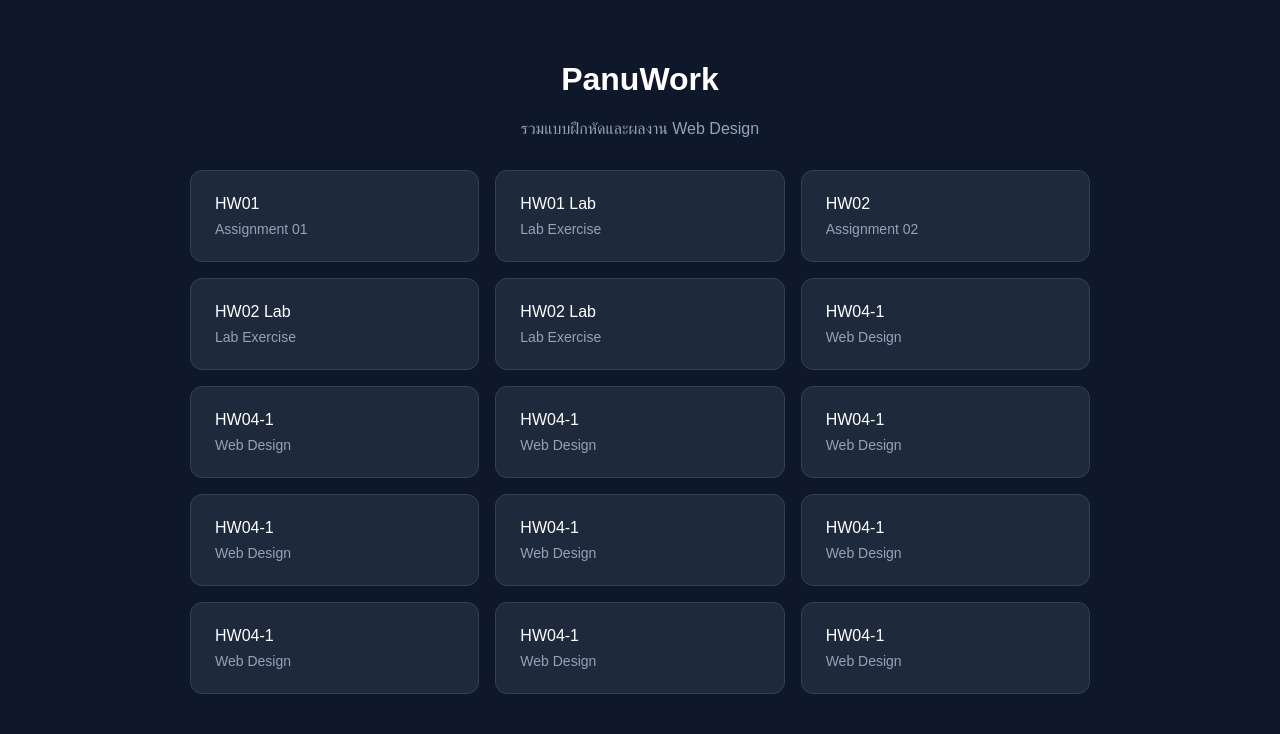
Repository: nuwat-wa/Lab_Ass_WebDesign
Page: index.html
An editor plug-in stored every save of this project. The page is shown before and after the next save, followed by the edit.
The browser window is 1280 px wide. The pictures show the whole page.

Above is the page before, as saved 2026-10-21 00:10:58.

### index.html
<!doctype html>
<html lang="th">
  <head>
    <meta charset="UTF-8" />
    <meta name="viewport" content="width=device-width, initial-scale=1.0" />
    <title>PanuWork | My Assignments</title>
    <style>
      * {
        box-sizing: border-box;
      }

      body {
        margin: 0;
        padding: 40px 20px;
        font-family: Arial, sans-serif;
        color: #e5e7eb;
        background: #0f172a;
      }

      main {
        max-width: 900px;
        margin: auto;
      }

      h1 {
        color: #ffffff;
        text-align: center;
      }

      .description {
        margin-bottom: 32px;
        color: #94a3b8;
        text-align: center;
      }

      .grid {
        display: grid;
        grid-template-columns: repeat(auto-fit, minmax(220px, 1fr));
        gap: 16px;
      }

      a {
        display: block;
        padding: 24px;
        border: 1px solid #334155;
        border-radius: 12px;
        color: #ffffff;
        background: #1e293b;
        text-decoration: none;
        transition: 0.2s;
      }

      a:hover {
        border-color: #60a5fa;
        background: #26364d;
        transform: translateY(-3px);
      }

      a span {
        display: block;
        margin-top: 8px;
        color: #94a3b8;
        font-size: 14px;
      }
    </style>
  </head>
  <body>
    <main>
      <h1>PanuWork</h1>
      <p class="description">รวมแบบฝึกหัดและผลงาน Web Design</p>

      <section class="grid">
        <a href="./HW01_IT_Sec1/index-ass.html">
          HW01 <span>Assignment 01</span>
        </a>

        <a href="./HW01_IT_Sec1/index-lab.html">
          HW01 Lab <span>Lab Exercise</span>
        </a>

        <a href="./HW02_IT_Sec1/Ass02.html">
          HW02 <span>Assignment 02</span>
        </a>

        <a href="./HW02_IT_Sec1/Lab02.html">
          HW02 Lab <span>Lab Exercise</span>
        </a>

        <a href="./HW02_IT_Sec1/Lab02.html">
          HW02 Lab <span>Lab Exercise</span>
        </a>

        <a href="./HW04-1_IT_Sec1/index.html">
          HW04-1 <span>Web Design</span>
        </a>

        <a href="./HW04-1_IT_Sec1/index.html">
          HW04-1 <span>Web Design</span>
        </a>

        <a href="./HW04-1_IT_Sec1/index.html">
          HW04-1 <span>Web Design</span>
        </a>

        <a href="./HW04-1_IT_Sec1/index.html">
          HW04-1 <span>Web Design</span>
        </a>

        <a href="./HW04-1_IT_Sec1/index.html">
          HW04-1 <span>Web Design</span>
        </a>

        <a href="./HW04-1_IT_Sec1/index.html">
          HW04-1 <span>Web Design</span>
        </a>

        <a href="./HW04-1_IT_Sec1/index.html">
          HW04-1 <span>Web Design</span>
        </a>

        <a href="./HW04-1_IT_Sec1/index.html">
          HW04-1 <span>Web Design</span>
        </a>

        <a href="./HW04-1_IT_Sec1/index.html">
          HW04-1 <span>Web Design</span>
        </a>

        <a href="./HW04-1_IT_Sec1/index.html">
          HW04-1 <span>Web Design</span>
        </a>
      </section>
    </main>
  </body>
</html>

After the next save:
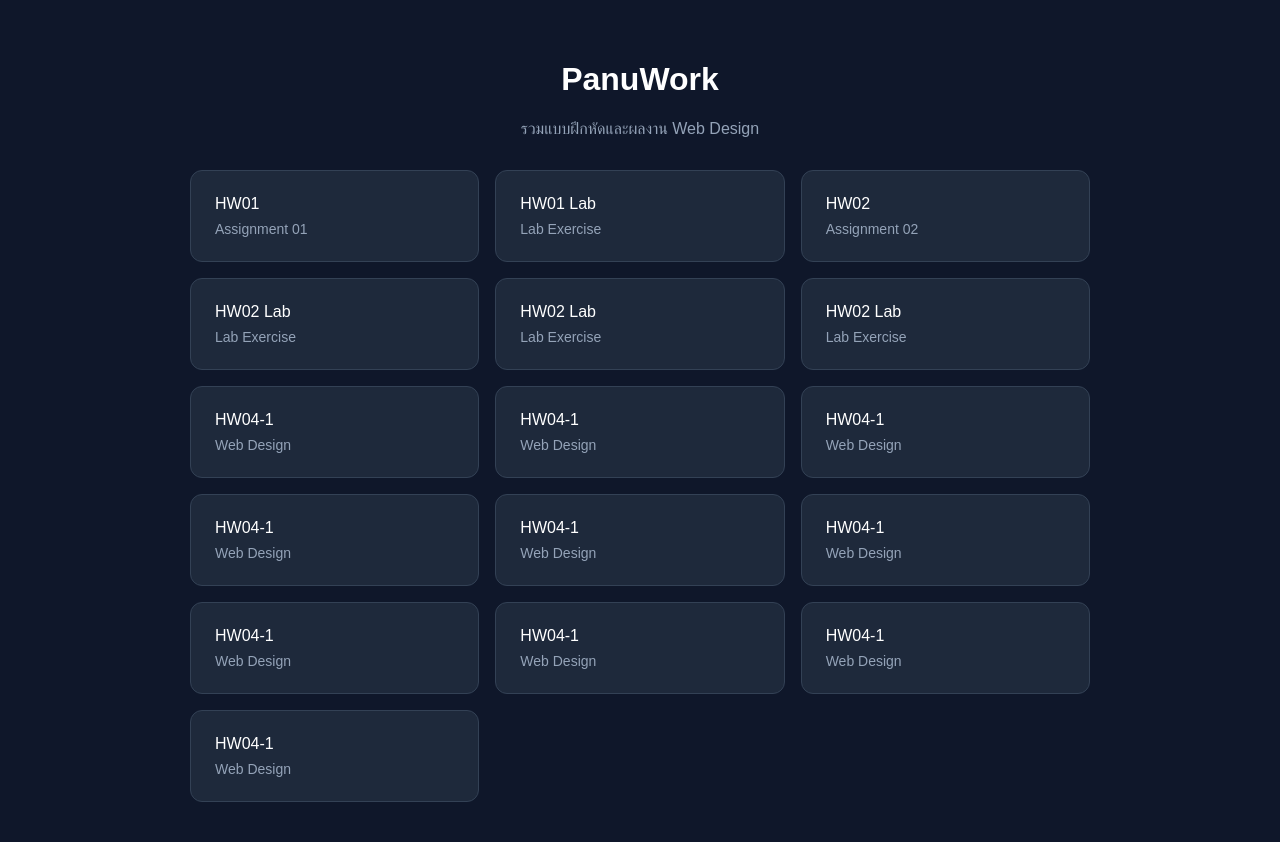
Saved 4 s later.
--- a/index.html
+++ b/index.html
@@ -90,6 +90,10 @@
           HW02 Lab <span>Lab Exercise</span>
         </a>
 
+        <a href="./HW02_IT_Sec1/Lab02.html">
+          HW02 Lab <span>Lab Exercise</span>
+        </a>
+
         <a href="./HW04-1_IT_Sec1/index.html">
           HW04-1 <span>Web Design</span>
         </a>
